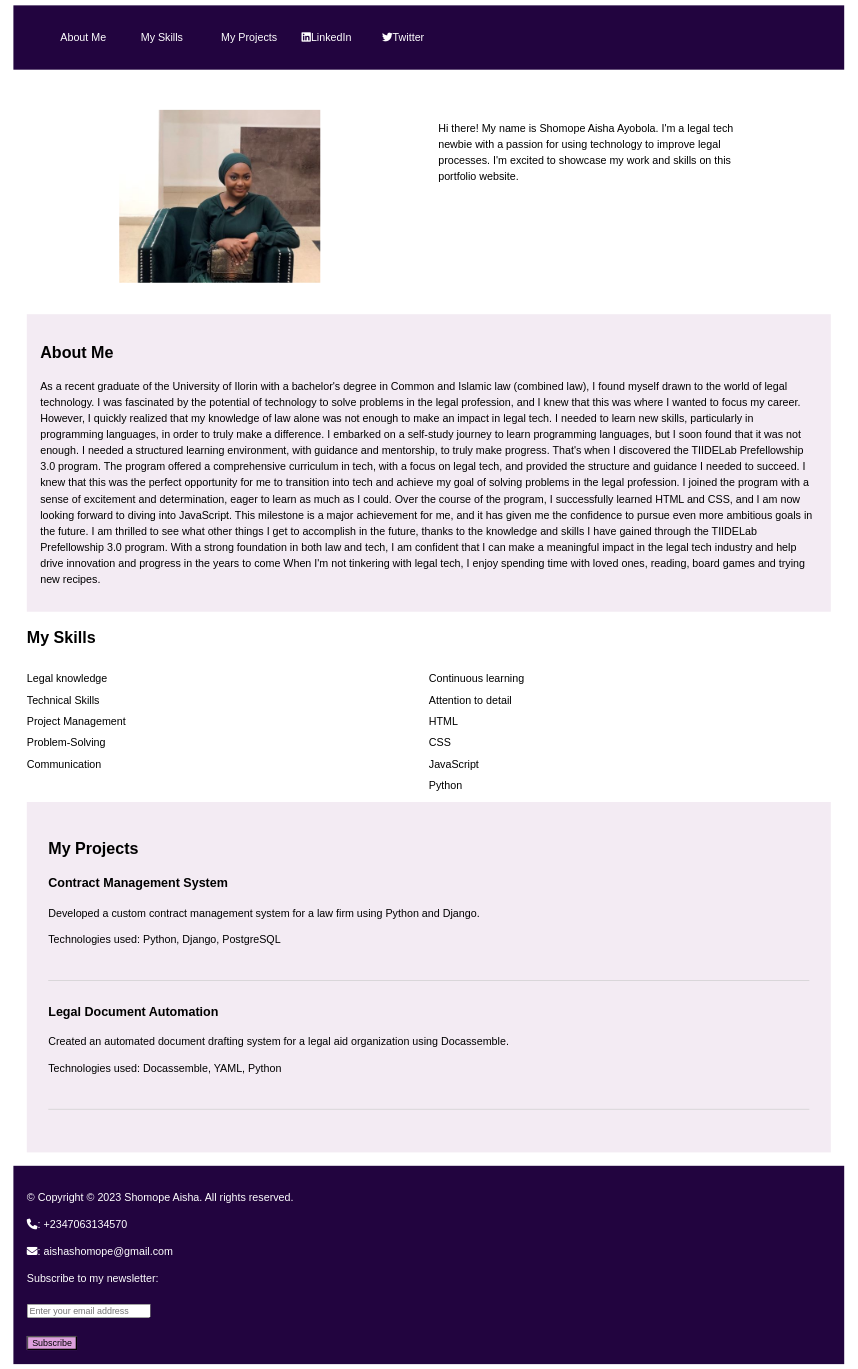
Repository: Iyewande/AishasPortfolio
Page: Index.html
An editor plug-in stored every save of this project. The page is shown before and after the next save, followed by the edit.
The browser window is 1280 px wide. The pictures show the whole page, at 67% of full size.
Some web libraries are served in a nearby version.

Above is the page before, as saved 2023-05-04 22:14:18.

### Index.html
<!DOCTYPE html>
<html lang="en">
    <head>
        <meta charset="UTF-8">
        <meta http-equiv="X-UA-Compatible" content="IE=edge">
        <meta name="viewport" content="width=device-width, initial-scale=1.0">
        <title>My Legal Tech Portfolio</title>
        <link rel="stylesheet" href="Style.css">
        <script src="https://kit.fontawesome.com/dcc74d8766.js" crossorigin="anonymous"></script>
    </head>
    <body>
        <div class="main-container">
        <!-- This HTML code creates a simple portfolio website with three main sections: About Me, My Projects, and My Skills.
            The navigation menu allows visitors to easily navigate between the sections of the website. The CSS styling for
            this website is located in a separate style.css file. -->
        <header id="header">
            <div>

            </div>
            <nav>
                <ul>
                    <li><a href="#about">About Me</a></li>
                    <li><a href="#skills">My Skills</a></li>
                    <li><a href="#projects">My Projects</a></li>
                    <li><a href="https://www.linkedin.com/in/shomope-aisha-ayobola/"><i class="fa-brands fa-linkedin"></i>LinkedIn</a></li>
                    <li><a href="https://twitter.com/ShomopeAisha"><i class="fa-brands fa-twitter"></i>Twitter</a></li>
                  </ul>
            </nav>
        </header>
        <main>
            <section id="landingPage">
                <div id="image">
                    <img id="img" src="E17CF07F-F5B1-4C94-9C3E-8D25C5FEC29B.jpg" alt="A picture of me">
                </div>
                <div id="heading">
                    <p>Hi there! My name is Shomope Aisha Ayobola.  I'm a legal tech newbie with a passion for using technology to improve legal processes. I'm excited to
                        showcase my work and skills on this portfolio website.
                    </p>
                </div>

            </section>
            <section  id="about">
                <div id="aboutMe">
                    <h2>About Me</h2>
                </div>
                <div id="paragraph">
                    <p>
                        As a recent graduate of the University of Ilorin with a bachelor's degree in Common and Islamic law (combined law), I found myself drawn to the world of legal technology. I was fascinated by the potential of technology to solve problems in the legal profession, and I knew that this was where I wanted to focus my career.
                        However, I quickly realized that my knowledge of law alone was not enough to make an impact in legal tech. I needed to learn new skills, particularly in programming languages, in order to truly make a difference. I embarked on a self-study journey to learn programming languages, but I soon found that it was not enough. I needed a structured learning environment, with guidance and mentorship, to truly make progress.
                        That's when I discovered the TIIDELab Prefellowship 3.0 program. The program offered a comprehensive curriculum in tech, with a focus on legal tech, and provided the structure and guidance I needed to succeed. I knew that this was the perfect opportunity for me to transition into tech and achieve my goal of solving problems in the legal profession.
                        I joined the program with a sense of excitement and determination, eager to learn as much as I could. Over the course of the program, I successfully learned HTML and CSS, and I am now looking forward to diving into JavaScript. This milestone is a major achievement for me, and it has given me the confidence to pursue even more ambitious goals in the future.
                        I am thrilled to see what other things I get to accomplish in the future, thanks to the knowledge and skills I have gained through the TIIDELab Prefellowship 3.0 program. With a strong foundation in both law and tech, I am confident that I can make a meaningful impact in the legal tech industry and help drive innovation and progress in the years to come
                        When I'm not tinkering with legal tech, I enjoy spending time with loved ones, reading, board games and trying new recipes.
                    </p>
                </div>

            </section>
              <section id="skills">
                <div id="mySkills">
                    <h2>My Skills</h2>
                </div>
               <div id="list">
                    <div id="unordered">
                         <p>Legal knowledge</p>
                         <p>Technical Skills</p>
                         <p>Project Management</p>
                         <p>Problem-Solving</p>
                         <p>Communication</p>
                    </div>
                    <div id="ordered">
                        <p>Continuous learning</p>
                        <p>Attention to detail</p>
                        <p>HTML</p>
                        <p>CSS</p>
                        <p>JavaScript</p>
                        <p>Python</p>
                </div>
              </section>
              <section id="projects">
                <div class="main-container"></div>
                <h2>My Projects</h2>
                <ul>
                  <li>
                    <h3>Contract Management System</h3>
                    <p>Developed a custom contract management system for a law firm using Python and Django.</p>
                    <p>Technologies used: Python, Django, PostgreSQL</p>
                  </li>
                  <li>
                    <h3>Legal Document Automation</h3>
                    <p>Created an automated document drafting system for a legal aid organization using Docassemble.</p>
                    <p>Technologies used: Docassemble, YAML, Python</p>
                  </li>
                </ul>
              </section>
              <section>
                <!-- <h3 id="futureProjects">Future projects</h3> -->
                <!-- As a complete legal tech newbie with only legal knowledge, HTML, and CSS skills, you can still build a portfolio
                       that showcases your abilities and potential. Here are some project ideas: -->

                <!-- <ul>
                    <li>
                        <h3>Legal blog or website</h3>
                        <p>Create a blog or website that discusses legal topics, provides legal advice, or offers legal services.</p>
                        <p>Tools:My HTML and CSS skills to design and build the website, and my legal knowledge to create
                            engaging and informative content.</p>
                    </li>
                    <li>
                        <h3>Legal case study</h3>
                        <p> Analyze a legal case and create a detailed report that summarizes the facts, legal issues, and outcomes.</p>
                    </li>
                    <li>
                        <h3>Legal newsletter</h3>
                        <p>Develop a newsletter that provides updates on legal news, recent court decisions, or changes in legislation.</p>
                    </li>
                    <li>
                        <h3>Legal Podcast </h3>
                        <p>Create a podcast that discusses legal topics or features interviews with legal professionals.</p>
                    </li>
                    <li>
                        <h3>Legal infographic</h3>
                        <p>Create an infographic that explains a legal concept or process in a visually engaging way.</p>
                    </li>
                    <h3>Legal research database</h3>
                    <p>Build a legal research database that allows users to search for legal cases or statutes using keywords, topics, and other criteria.</p>
                    </li>
                    <li>
                        <h3>Document automation</h3>
                        <p>Develop a tool that automates the creation of legal documents, such as contracts or agreements, using templates and user input.</p>
                    </li>
                    <li>
                        <h3>Contract management system</h3>
                        <p>Create a system that manages the entire contract lifecycle, from drafting to negotiation to execution and beyond.</p>
                    </li>
                    <li>
                        <h3>Compliance tracking tool</h3>
                        <p>Build a tool that helps companies track their compliance with legal regulations, such as data privacy laws or labor laws.</p>
                    </li>
                    <li>
                        <h3>Legal analytics dashboard</h3>
                        <p>Develop a dashboard that provides insights and analytics on legal data, such as case outcomes or legal spend.</p>
                    </li>
                    <li>
                        <h3>E-discovery tool</h3>
                        <p>Create a tool that helps legal teams manage electronic discovery, including searching, reviewing, and producing relevant documents for litigation.</p>
                    </li>
                    <li>
                        <h3>Virtual legal assistant</h3>
                        <p>Build a virtual assistant that can answer legal questions, provide guidance on legal processes, or assist with legal research.</p>
                    </li>
                </ul>
              </section>
              <p>These projects will help demonstrate my creativity, technical skills, and understanding of legal concepts.
                They can be used to showcase my work to potential employers, clients, or collaborators in the legal tech industry.
                As I continue to learn and develop your skills, I can incorporate more advanced technical components into my
                portfolio projects.</p> -->

        </main>
        <!-- footer: contains content that appears at the bottom of the page, such as copyright information. -->
        <footer>
            <div class="footer-container">
                <p>&copy; Copyright © 2023 Shomope Aisha. All rights reserved.</p>
                <div class="contact">
                    <p><i class="fa-sharp fa-solid fa-phone"></i>: +2347063134570</p>
                    <p><i class="fa-solid fa-envelope"></i>: aishashomope@gmail.com</p>
                </div>
                <form action="#" method="post">
                    <label for="subscribe">Subscribe to my newsletter:</label>
                    <br><br>
                    <input type="email" id="subscribe" name="subscribe" placeholder="Enter your email address">
                    <br><br>
                    <button class=btn type="submit">Subscribe</button>
                </form>
            </div>
        </footer>
    </div>
    </body>
</html>

### Style.css
/* Specific styles */

/* Header Styles */
#header {
  background-color: rgb(34, 4, 63);
  color: #fff;
  display: flex;
}

.header-container {
  display: flex;
  justify-content: space-between;
  align-items: center;
}

nav ul {
  display: flex;
  list-style: none;
}

nav ul li {
  margin: 0 10px;
  display: inline-block;
  width: 100px;
}

nav ul li a {
  color: #fff;
  text-decoration: none;
}

#landingPage {
  display: flex;
  margin: 20px;
  padding: 20px;
  justify-content: space-around;
}

#image{
  width: 25%;
}
#img{
  width: 300px;
}

#heading{
  width: 40%;
}

  #about {
    background-color: rgb(243, 235, 243);
    padding: 20px;
  }

  #about p {
    margin-bottom: 1em;
  }
  #aboutMe h2{
    font-size: 24px;
  }

  #projects ul {
    list-style: none;
    margin: 0;
    padding: 0;
  }

  #projects li {
    border-bottom: 1px solid #ccc;
    margin-bottom: 2em;
    padding-bottom: 2em;
  }

  #projects h3 {
    margin-top: 0;
  }

  #projects p {
    margin-bottom: 1em;
  }

  #projects {
    background-color: rgb(243, 235, 243);
    padding: 2em;
  }

  #futureProjects li {
    background-color: rgb(243, 235, 243);
    padding: 2em;
  }


  #skills ul {
    display: grid;
    grid-template-columns: repeat(auto-fit, minmax(120px, 1fr));
    grid-gap: 1em;
  }

  #skills li {
    background-color: #f7f7f7;
    border: 1px solid #ccc;
    border-radius: 4px;
    padding: 1em;
    text-align: center;
  }

  #list{
    display: flex;
    justify-content: space-around;
  }

  #unordered{
    flex: 40%;
    line-height: 1;
  }

  #ordered{
    flex: 40%;
    line-height: 1;
  }


   */
  /* Global Styles */
* {
    box-sizing: border-box;
    margin: 0;
    padding: 0;
}

body {
    font-family: Arial, sans-serif;
    font-size: 16px;
    line-height: 1.5;
}

header, main, footer {
    max-width: 1200px;
    margin: 0 auto;
    padding: 20px;
}

/* Footer styles */
footer{
    background-color: rgb(34, 4, 63);
    color: #fff;
}
/* Hover Style */
nav ul li a:hover {
    text-decoration: underline;
}

.btn {
    background-color:plum;
}
.btn:hover {
    background-color:purple;
    color: white;
}


/* Focus Style */
input:focus {
    background-color: plum;
  }

/* Pseudo style */
h3{
    font-weight: bold;
}

After the next save:
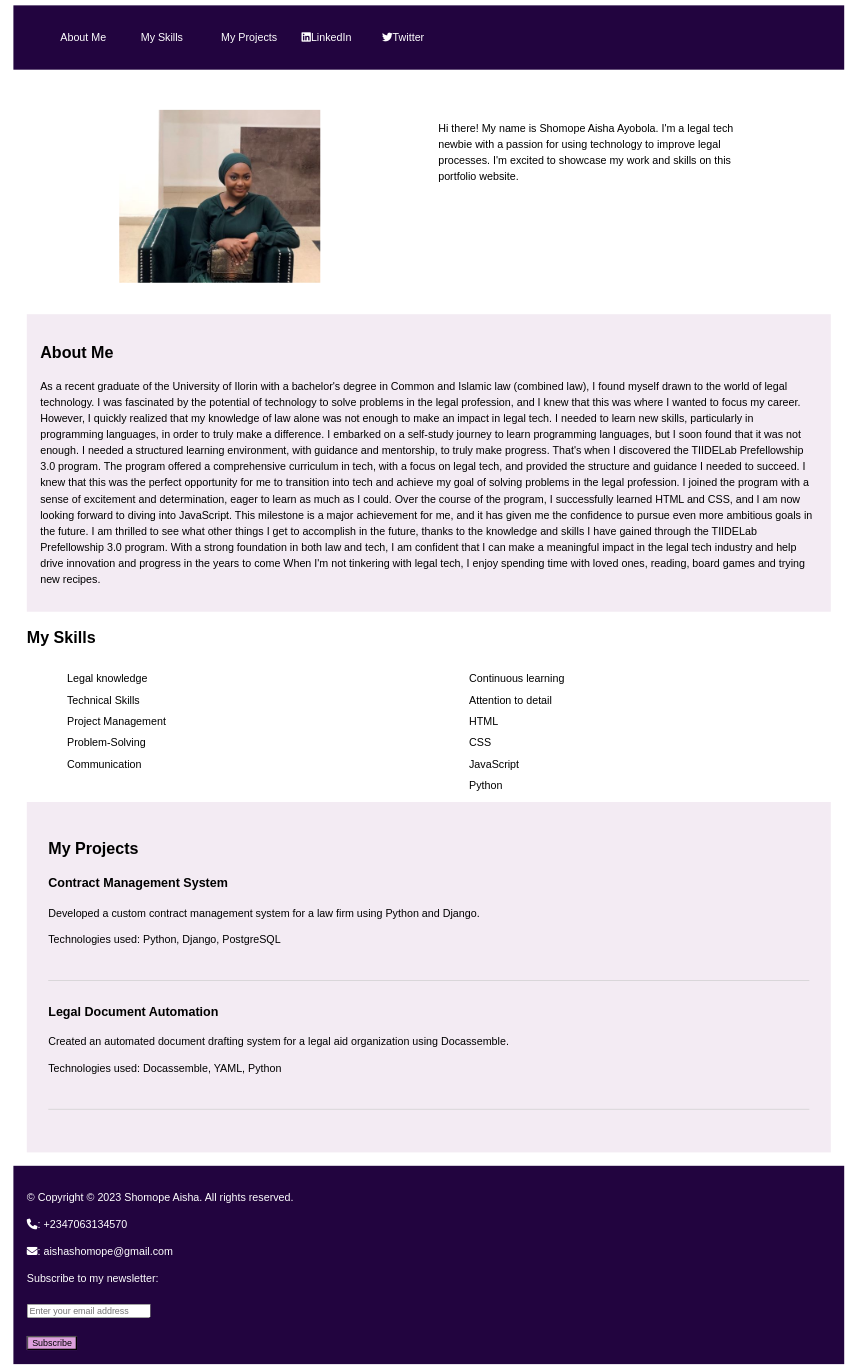
Saved 27 s later.
--- a/Style.css
+++ b/Style.css
@@ -110,12 +110,12 @@ nav ul li a {
   }
 
   #unordered{
-    flex: 40%;
+    width: 40%;
     line-height: 1;
   }
 
   #ordered{
-    flex: 40%;
+    width: 40%;
     line-height: 1;
   }
 
